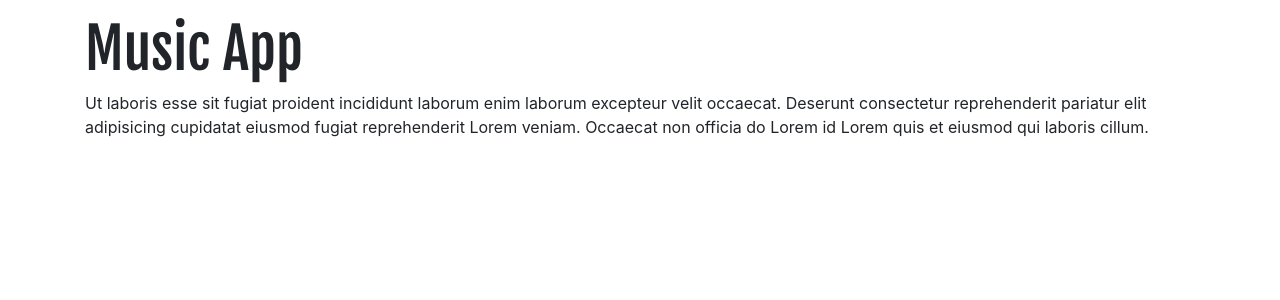
Repository: tanviredu/Data
Page: / (app in 28_vue_with_apis/vue-apis/)
An editor plug-in stored every save of this project. The page is shown before and after the next save, followed by the edit.
The browser window is 1280 px wide. The pictures show the whole page.
The project was rebuilt for these pictures with package versions that can differ from the ones it lists, and the page was loaded fresh each time.

Above is the page before, as saved 2020-07-13 08:28:24.

### 28_vue_with_apis/vue-apis/public/index.html
<!DOCTYPE html>
<html lang="en">
  <head>
    <meta charset="utf-8" />
    <meta http-equiv="X-UA-Compatible" content="IE=edge" />
    <meta name="viewport" content="width=device-width,initial-scale=1.0" />
    <link rel="icon" href="<%= BASE_URL %>favicon.ico" />
    <link
      href="https://fonts.googleapis.com/css2?family=Fjalla+One&family=Open+Sans:wght@700&display=swap"
      rel="stylesheet"
    />
    <title><%= htmlWebpackPlugin.options.title %></title>
  </head>
  <body>
    <noscript>
      <strong
        >We're sorry but <%= htmlWebpackPlugin.options.title %> doesn't work
        properly without JavaScript enabled. Please enable it to
        continue.</strong
      >
    </noscript>
    <div id="app"></div>
    <!-- built files will be auto injected -->
  </body>
</html>

### 28_vue_with_apis/vue-apis/src/main.js
import Vue from "vue";
import App from "./App.vue";

Vue.config.productionTip = false;

import "bootstrap";

import "../node_modules/bootstrap/dist/css/bootstrap.css";
import { library } from "@fortawesome/fontawesome-svg-core";
import {
  faPlus,
  faMinus,
  faTrash,
  faCheck,
  faPlay,
  faPause,
} from "@fortawesome/free-solid-svg-icons";
library.add(faPlus, faMinus, faTrash, faCheck, faPlay, faPause);

new Vue({
  render: (h) => h(App),
}).$mount("#app");

### 28_vue_with_apis/vue-apis/src/App.vue
<template>
  <div id="app" class="container">
    <div class="mt-3">
      <h1 class="display-4" style="font-family: 'Fjalla One'">Music App</h1>
    </div>
Ut laboris esse sit fugiat proident incididunt laborum enim laborum excepteur velit occaecat. Deserunt consectetur reprehenderit pariatur elit adipisicing cupidatat eiusmod fugiat reprehenderit Lorem veniam. Occaecat non officia do Lorem id Lorem quis et eiusmod qui laboris cillum.
    <font-awesome-icon />
  </div>
</template>

<script>
import { FontAwesomeIcon } from "@fortawesome/vue-fontawesome";

export default {
  name: "App",
  components: {
    FontAwesomeIcon
  }
};
</script>

<style>
</style>

After the next save:
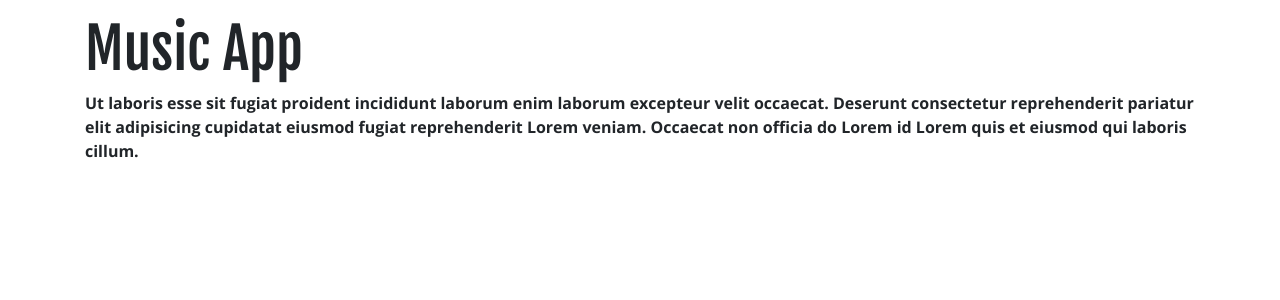
Saved 56 s later.
--- a/28_vue_with_apis/vue-apis/src/App.vue
+++ b/28_vue_with_apis/vue-apis/src/App.vue
@@ -3,7 +3,9 @@
     <div class="mt-3">
       <h1 class="display-4" style="font-family: 'Fjalla One'">Music App</h1>
     </div>
-Ut laboris esse sit fugiat proident incididunt laborum enim laborum excepteur velit occaecat. Deserunt consectetur reprehenderit pariatur elit adipisicing cupidatat eiusmod fugiat reprehenderit Lorem veniam. Occaecat non officia do Lorem id Lorem quis et eiusmod qui laboris cillum.
+    <div
+      style="font-family: 'Open Sans', sans-serif;"
+    >Ut laboris esse sit fugiat proident incididunt laborum enim laborum excepteur velit occaecat. Deserunt consectetur reprehenderit pariatur elit adipisicing cupidatat eiusmod fugiat reprehenderit Lorem veniam. Occaecat non officia do Lorem id Lorem quis et eiusmod qui laboris cillum.</div>
     <font-awesome-icon />
   </div>
 </template>
